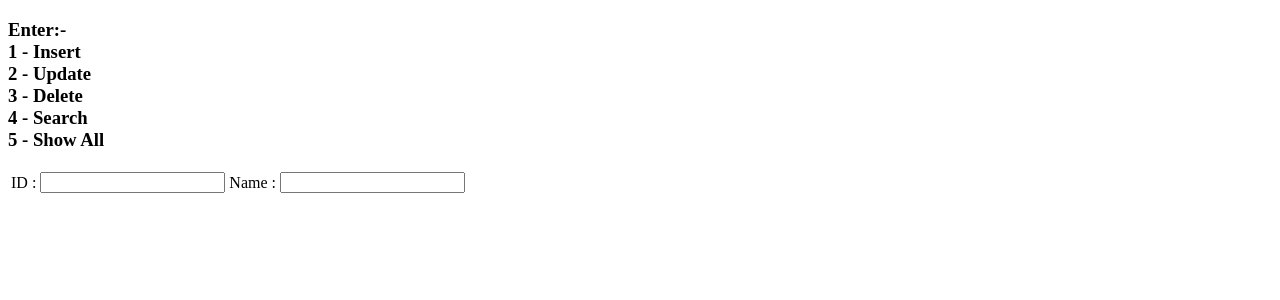
Repository: Vishalrathod8788/JEE
Page: stmt_Connectivity/WebContent/index.html
An editor plug-in stored every save of this project. The page is shown before and after the next save, followed by the edit.
The browser window is 1280 px wide. The pictures show the whole page.

Above is the page before, as saved 2023-10-01 12:04:18.

### stmt_Connectivity/WebContent/index.html
<!DOCTYPE html>
<html>
<head>
<meta charset="ISO-8859-1">
<title>Insert title here</title>
</head>
<body>
	<h3>
		Enter:-<br>
		1 - Insert<br>
		2 - Update<br>
		3 - Delete<br>
		4 - Search<br>
		5 - Show All<br>
	</h3>
	<form action="" method="get">
		<table>
			<tr>
				<td>ID :</td>
				<td><input type="text" name="txtID"></td>
				<td>Name :</td>
				<td><input type="text" name="txtName"></td>
			</tr>
		</table>
	</form>
</body>
</html>

After the next save:
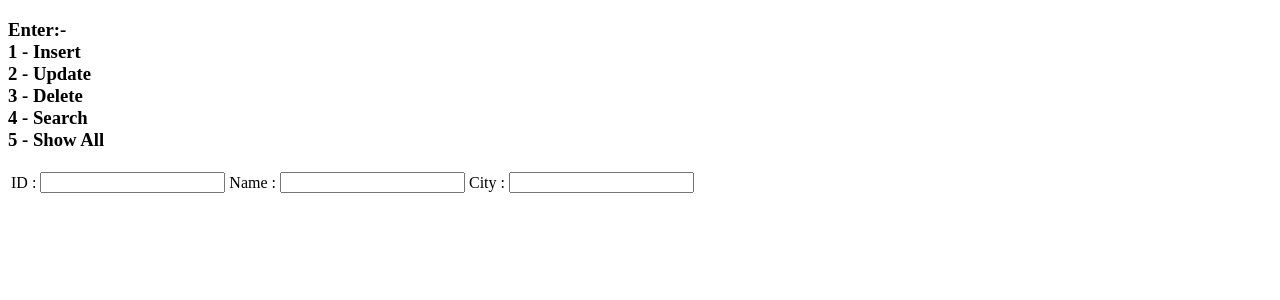
Saved 11 s later.
--- a/stmt_Connectivity/WebContent/index.html
+++ b/stmt_Connectivity/WebContent/index.html
@@ -20,6 +20,8 @@
 				<td><input type="text" name="txtID"></td>
 				<td>Name :</td>
 				<td><input type="text" name="txtName"></td>
+				<td>City :</td>
+				<td><input type="text" name="txtName"></td>
 			</tr>
 		</table>
 	</form>
